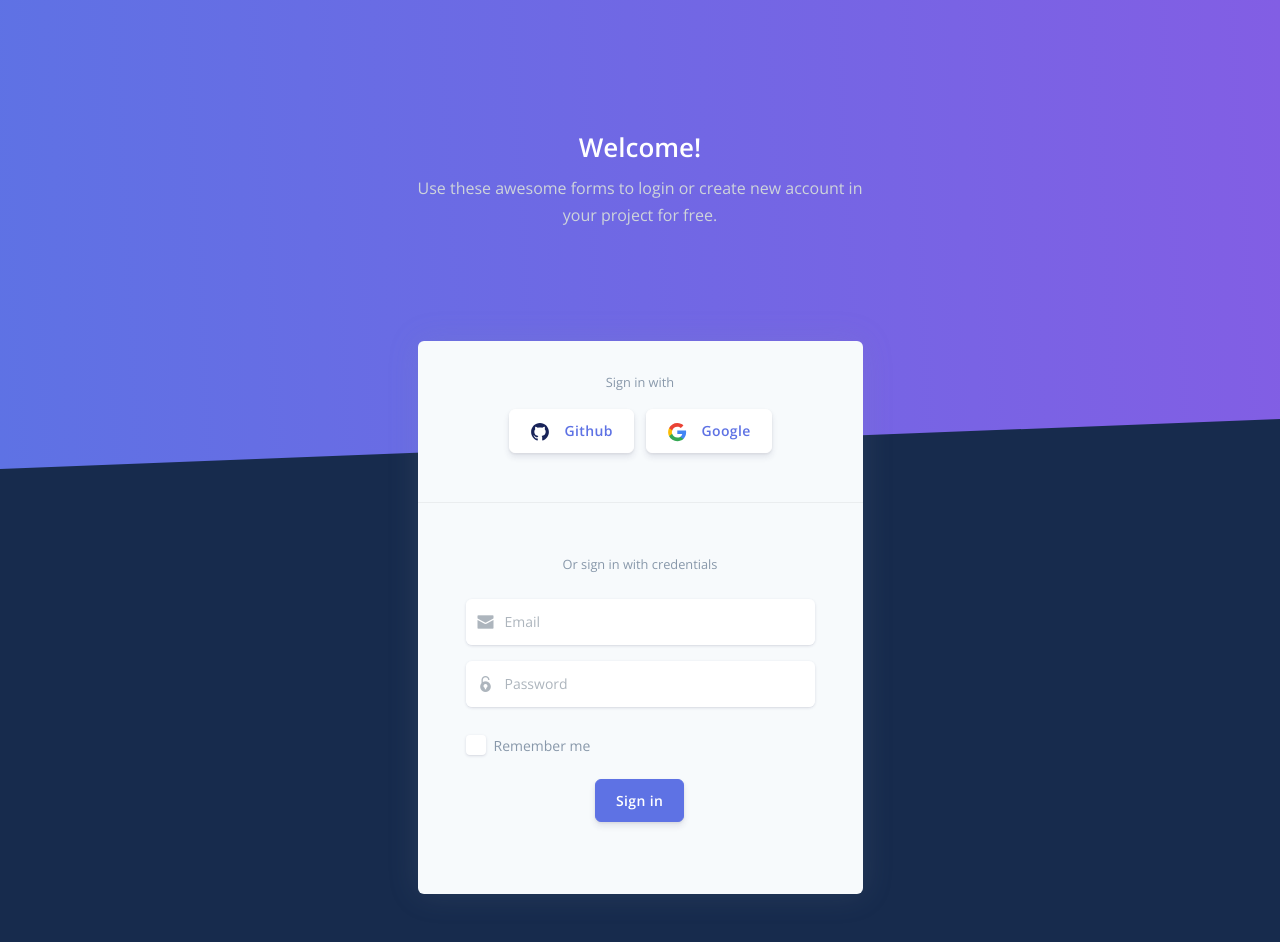
Repository: Hareeshgoli/restuarnt
Page: http://localhost/login
An editor plug-in stored every save of this project. The page is shown before and after the next save, followed by the edit.
The browser window is 1280 px wide. The pictures show the whole page.
The page is this project's Thymeleaf template; nobody is signed in. The template is opened directly, without the code that normally fills it, so the values that code supplies are empty.

Above is the page before, as saved 2020-02-28 09:58:38.

After the next save:
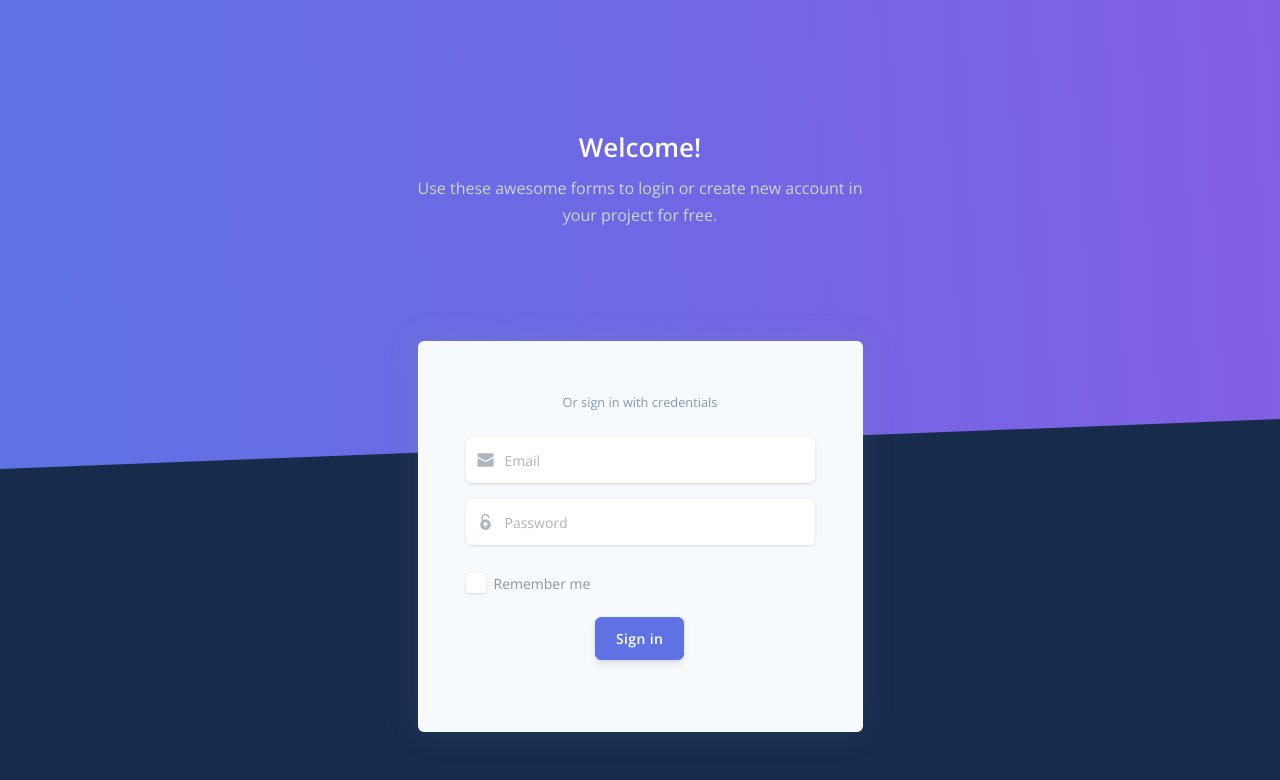
Saved 13 s later.
--- a/resturant/src/main/resources/templates/login.html
+++ b/resturant/src/main/resources/templates/login.html
@@ -44,19 +44,7 @@
       <div class="row justify-content-center">
         <div class="col-lg-5 col-md-7">
           <div class="card bg-secondary shadow border-0">
-            <div class="card-header bg-transparent pb-5">
-              <div class="text-muted text-center mt-2 mb-3"><small>Sign in with</small></div>
-              <div class="btn-wrapper text-center">
-                <a href="#" class="btn btn-neutral btn-icon">
-                  <span class="btn-inner--icon"><img src="../assets/img/icons/common/github.svg"></span>
-                  <span class="btn-inner--text">Github</span>
-                </a>
-                <a href="#" class="btn btn-neutral btn-icon">
-                  <span class="btn-inner--icon"><img src="../assets/img/icons/common/google.svg"></span>
-                  <span class="btn-inner--text">Google</span>
-                </a>
-              </div>
-            </div>
+
             <div class="card-body px-lg-5 py-lg-5">
               <div class="text-center text-muted mb-4">
                 <small>Or sign in with credentials</small>
